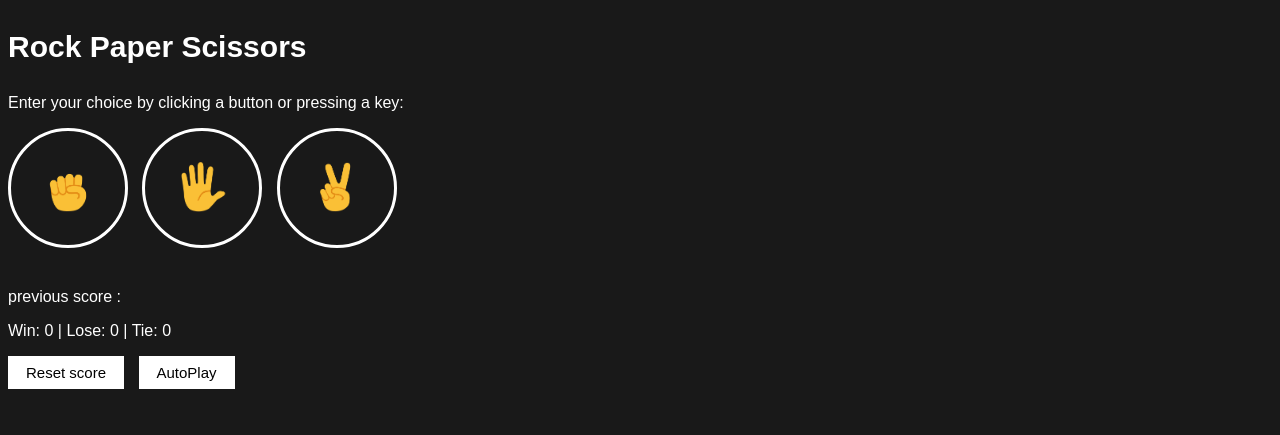
Repository: Gaurav124937/javascript
Page: html/08-rock-paper-scissors-evetlistner.html
These files come from the project's save history. The page is drawn as it stood at one moment and after the next save; the edit follows.
The browser window is 1280 px wide. The pictures show the whole page.

Above is the page before, as saved 2026-04-06 21:36:46.

### html/08-rock-paper-scissors-evetlistner.html
<!DOCTYPE html>
<html lang="en">

<head>
    <meta charset="UTF-8">
    <meta name="viewport" content="width=device-width, initial-scale=1.0">
    <title>Document</title>
    <link rel="stylesheet" href="../css/rock-paper-scisssor-autoplay.css">
</head>



<body>
    <p class="title">Rock Paper Scissors</p>
    <p class="instructions">Enter your choice by clicking a button or pressing a key:</p>
    <button  class="game-button rock-button">
        <img src="../images/rock-emoji.png" class="button-emoji"></button>
    <button  class="game-button paper-button">
        <img src="../images/paper-emoji.png" class="button-emoji"></button>
    <button  class="game-button scissors-button">
        <img src="../images/scissors-emoji.png" class="button-emoji"></button>
    <p class="displayresult"></p>
    <p class="choices"></p>
    <p class="js-previous-score previous"> previous score :</p>
    <p class="score-display"></p>
    <button onclick="resetScore() " class="reset-score">Reset score</button>
    <button onclick="autoPlay()" class="auto-play-button">AutoPlay</button>
    <script src="../js/rock-paper-scisssor-autoplay-eventlistner.js"></script>
</body>


</html>

### css/rock-paper-scisssor-autoplay.css
body {
    font-family: Arial, sans-serif;
    color: white;
    background-color: rgb(25, 25, 25);
}

.title {
    font-size: 30px;
    font-weight: bold;
    margin-bottom: 30px;
}

.game-button {
    width: 120px;
    height: 120px;
    border-radius: 90px;
    background-color: rgb(25, 25, 25);
    border: 3px solid white;
    margin-right: 10px;
    cursor: pointer;
}

.button-emoji {
    width: 50px;
}

.result-display {
    font-size: 25px;
    font-weight: bold;
    margin-top: 50px;
}

.choice-display {
    font-size: 15px;
    margin-top: 20px;
    vertical-align: top;
}

.previous {
    margin-top: 40px;
}

.reset-score {
    padding: 8px 18px;
    font-size: 15px;
    background-color: white;
    color: black;
    border: none;
    cursor: pointer;
}

.auto-play-button {
    padding: 8px 18px;
    font-size: 15px;
    background-color: white;
    color: black;
    border: none;
    cursor: pointer;
    margin-left: 10px;
}

### js/rock-paper-scisssor-autoplay-eventlistner.js
const score = localStorage.getItem('score') ? JSON.parse(localStorage.getItem('score')) : { win: 0, lose: 0, tie: 0 };

updateScoreElement();

//function to play the game

function ComputerChoice() {
    let randomNumber = Math.random();
    let ComputerChoice = '';
    if (randomNumber > 0 && randomNumber < 1 / 3) {
        ComputerChoice = 'rock';
    } else if (randomNumber > 1 / 3 && randomNumber < 2 / 3) {
        ComputerChoice = 'paper';
    } else {
        ComputerChoice = 'scissors';
    }
    return ComputerChoice;
}


    //main game function
        document.querySelector('.rock-button').addEventListener('click', () => playGame('rock'));
        document.querySelector('.paper-button').addEventListener('click', () => playGame('paper'));
        document.querySelector('.scissors-button').addEventListener('click', () => playGame('scissors'));


        document.body.addEventListener('keydown', (event) => {
            if (event.key === 'r' || event.key === 'R') {
                playGame('rock');
            } else if (event.key === 'p' || event.key === 'P') {
                playGame('paper');
            } else if (event.key === 's' || event.key === 'S') {
                playGame('scissors');
            }
        });



function playGame(playerChoice) {
    document.querySelector('.js-previous-score').innerHTML = '';


    let returnedComputerChoice = ComputerChoice();

    //function to compare choices and determine result
    function copmarison() {
        let result = '';
        if (playerChoice === returnedComputerChoice) {
            score.tie++;
            result = 'Tie';
        } else if (
            (playerChoice === 'rock' && returnedComputerChoice === 'scissors') ||
            (playerChoice === 'paper' && returnedComputerChoice === 'rock') ||
            (playerChoice === 'scissors' && returnedComputerChoice === 'paper')
        ) {
            score.win++;
            result = "You win.";
        } else {
            score.lose++;
            result = "You lose.";
        }
        //store score in local storage
        localStorage.setItem('score', JSON.stringify(score));
        return result;
    }




    //display results on the webpage
    const resultElement = document.querySelector('.displayresult');
    resultElement.innerText = copmarison();
    resultElement.classList.add('result-display');


    //display choices
    const choiceElement = document.querySelector('.choices');

    choiceElement.innerHTML = `You chose: <img src="../images/${playerChoice}-emoji.png" class="button-emoji"> | Computer chose: <img src="../images/${returnedComputerChoice}-emoji.png" class="button-emoji">`;
    choiceElement.classList.add('choice-display');

    //display score
    updateScoreElement();



}
//function to reset score
function resetScore() {
    score.win = 0;
    score.lose = 0;
    score.tie = 0;
    localStorage.removeItem('score');
    alert(`Scores have been reset.`);
    updateScoreElement();
    document.querySelector('.choices').innerText = '';
    document.querySelector('.displayresult').innerText = '';

}

function updateScoreElement() {
    document.querySelector('.score-display').innerText = `Win: ${score.win} | Lose: ${score.lose} | Tie: ${score.tie}`;
}


let isAutoPlaying = false;
let autoPlayInterval;
function autoPlay() {
    if(!isAutoPlaying){
        autoPlayInterval = setInterval(function(){
        let playerMove=ComputerChoice();
        playGame(playerMove);
    }, 1000);
    isAutoPlaying=true;
    }
    else{
        clearInterval(autoPlayInterval);
        isAutoPlaying=false;
    }
}

After the next save:
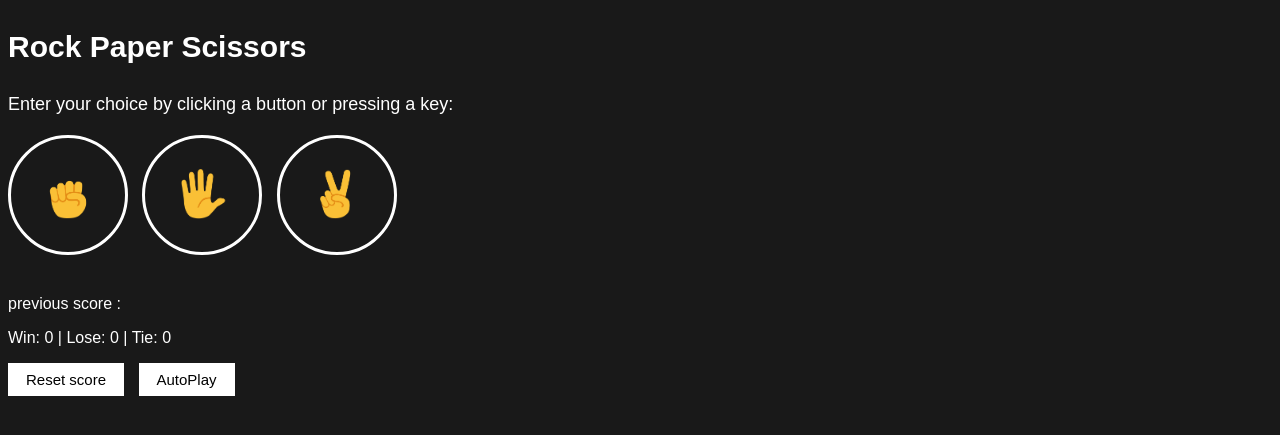
Saved 11 s later.
--- a/css/rock-paper-scisssor-autoplay.css
+++ b/css/rock-paper-scisssor-autoplay.css
@@ -58,3 +58,8 @@ body {
     cursor: pointer;
     margin-left: 10px;
 }
+
+.instructions {
+    font-size: 18px;
+    margin-bottom: 20px;
+}
